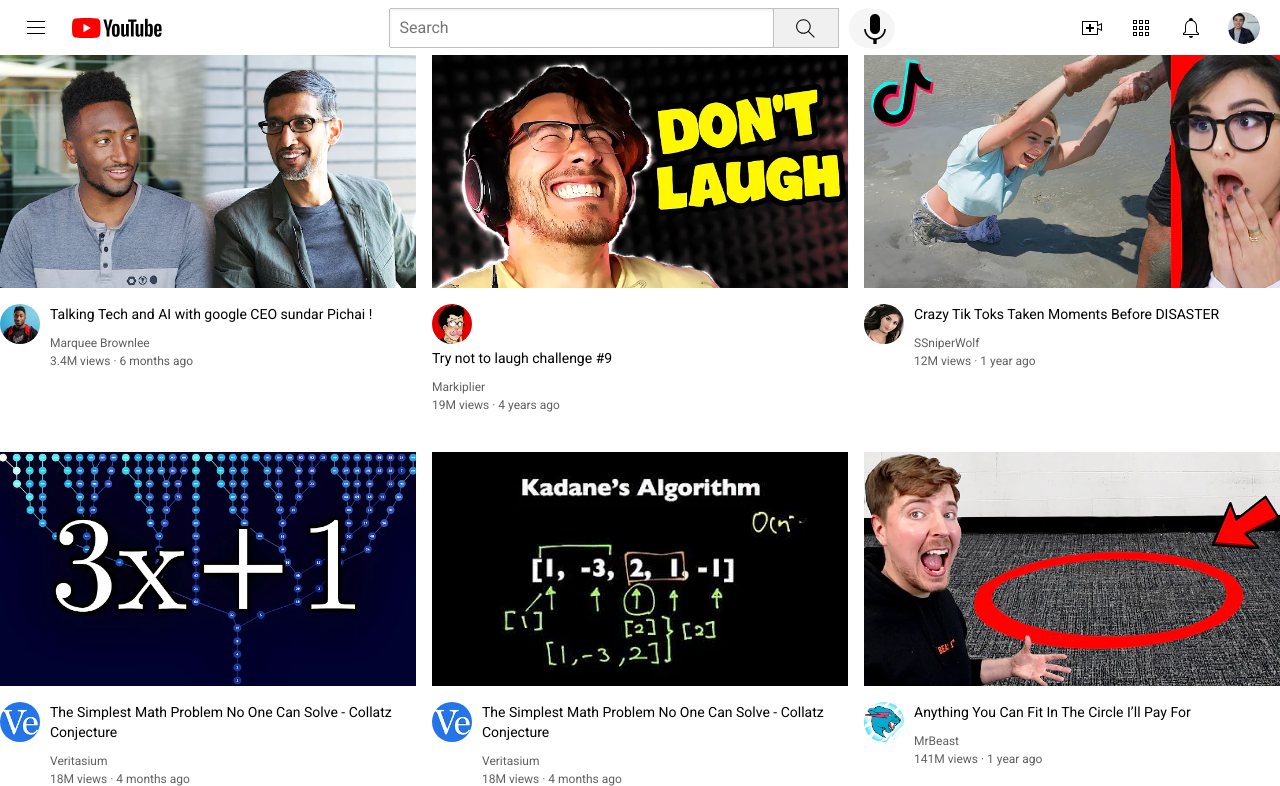
Repository: knowledgeAlan/html-css-thirteen
Page: youtube.html
An editor plug-in stored every save of this project. The page is shown before and after the next save, followed by the edit.
The browser window is 1280 px wide. The pictures show the whole page.

Above is the page before, as saved 2024-03-22 17:54:55.

After the next save:
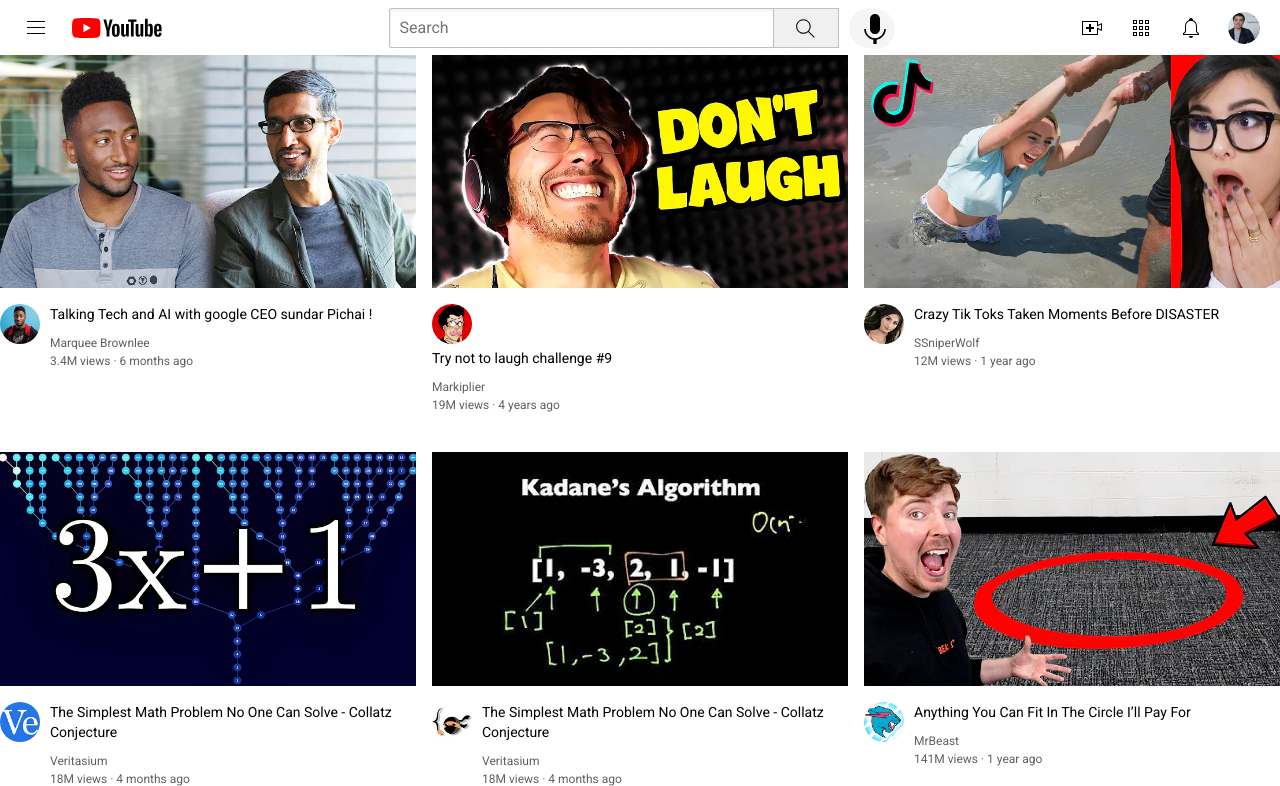
Saved 17 s later.
--- a/youtube.html
+++ b/youtube.html
@@ -167,7 +167,7 @@
                 </div>
                 <div class="video-info-grid">
                     <div class="channel-picture">
-                        <img class="profile-picture" src="channel-pictures/channel-4.jpeg">
+                        <img class="profile-picture" src="channel-pictures/channel-5.jpeg">
                     </div>
 
                     <div class="video-info">
